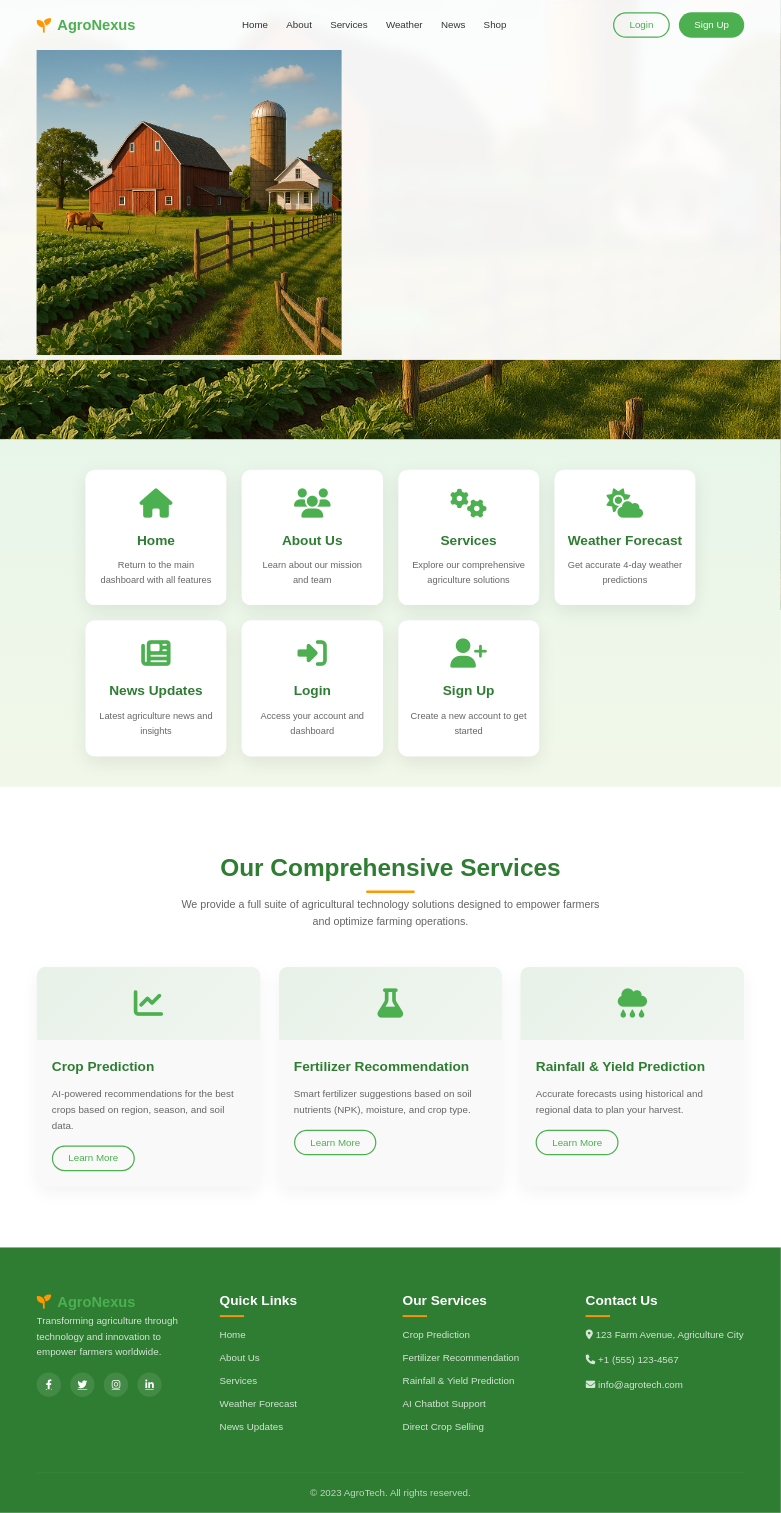
Repository: Sanika-ce/AgroNexus
Page: home.html
An editor plug-in stored every save of this project. The page is shown before and after the next save, followed by the edit.
The browser window is 1280 px wide. The pictures show the whole page, at 61% of full size.

Above is the page before, as saved 2025-08-02 15:02:31.

After the next save:
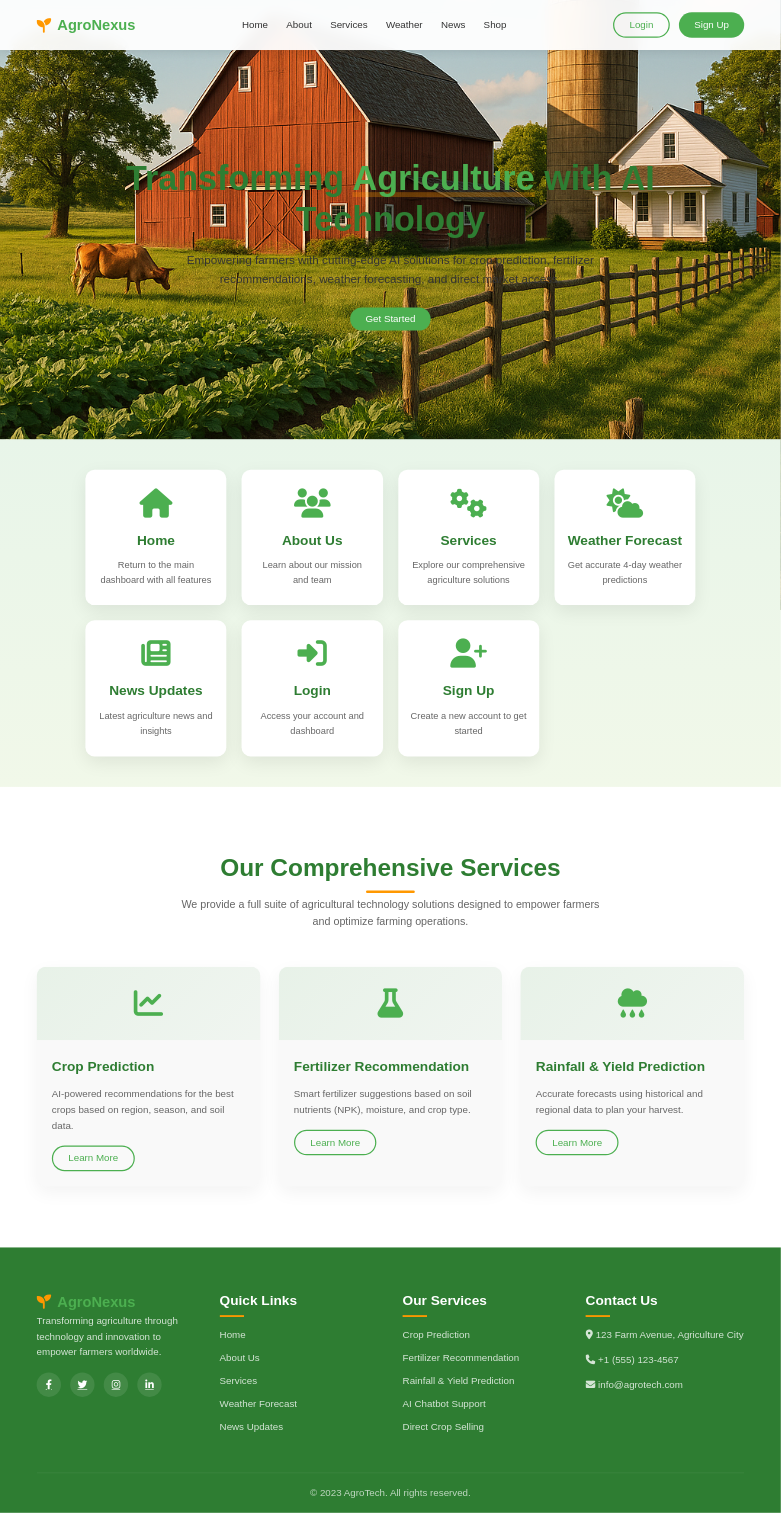
Saved 111 s later.
--- a/home.html
+++ b/home.html
@@ -39,7 +39,7 @@
                     <i class="fas fa-bars"></i>
                 </div>
             </nav>
-            <img src="image/agro.png" alt="Agro Image" width="500">
+            <!-- <img src="image/agro.png" alt="Agro Image" width="500"> -->
         </div>
     </header>
 
